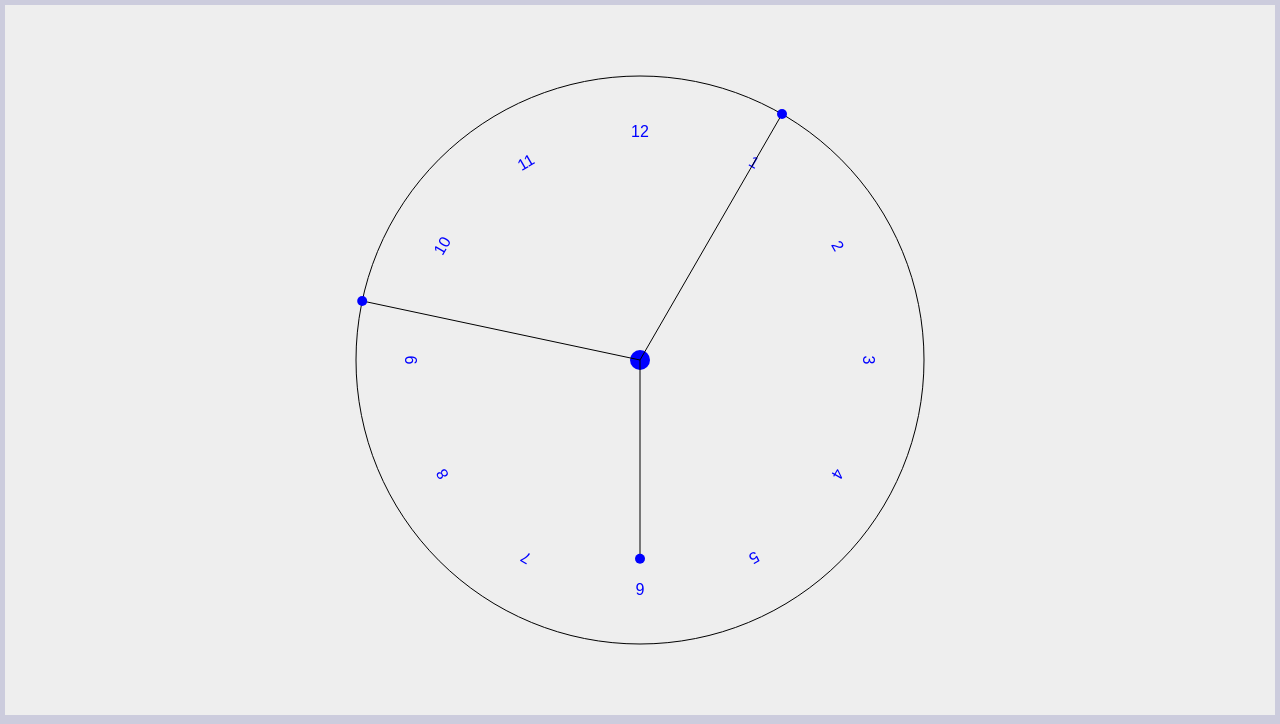
Repository: danielrcardenas/siggraph_examples
Page: workspace/GraphicsExample8/assets/www/index.html
These files come from the project's save history. The page is drawn as it stood at one moment and after the next save; the edit follows.
The browser window is 1280 px wide. The pictures show the whole page.

Above is the page before, as saved 2013-07-22 17:15:17.

After the next save:
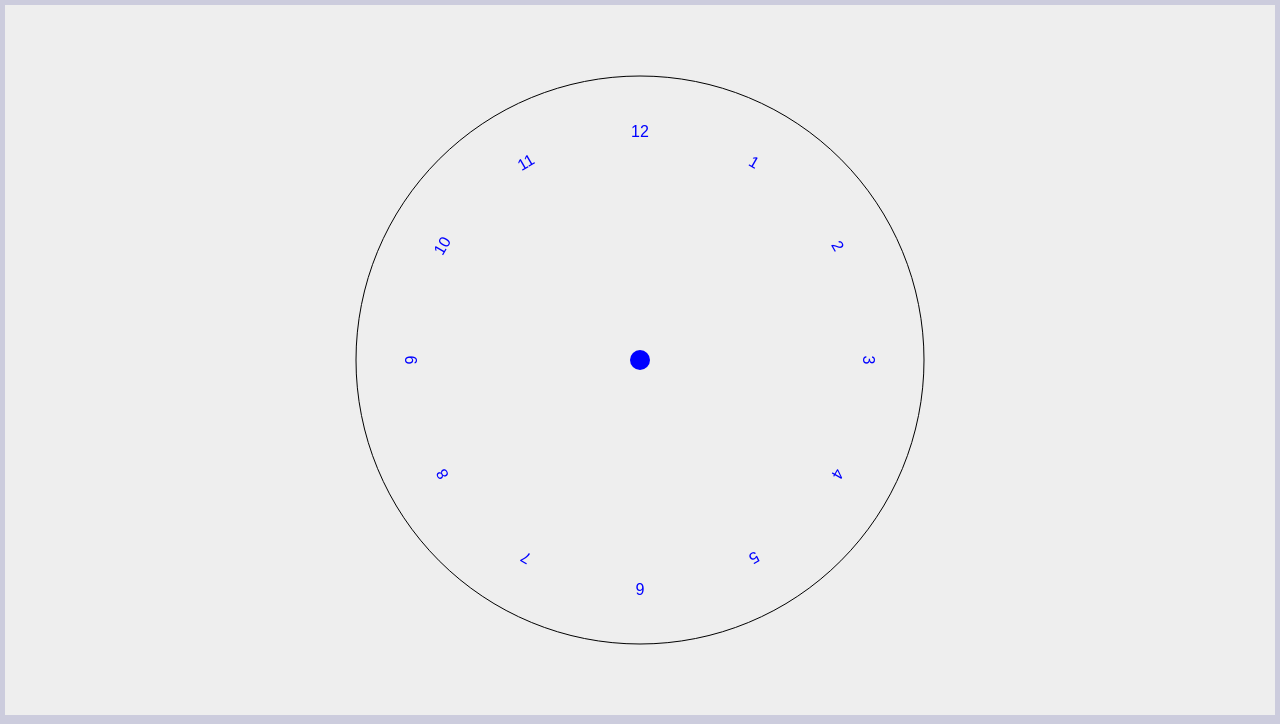
Console error: TypeError: Cannot read properties of undefined (reading 'getMinutes')
Saved 3 min 16 s later.
--- a/workspace/GraphicsExample8/assets/www/index.html
+++ b/workspace/GraphicsExample8/assets/www/index.html
@@ -41,7 +41,7 @@
 		}
 	}
 
-	function drawHourHand (hours, x, y, radius)
+	function drawHourHand (hours, min, x, y, radius)
 	{
 		if (hours > 12)
 			hours -= 12;
@@ -49,7 +49,7 @@
 		if (hours == 12)
 			hours = 0;
 
-		var angle = (hours / 12) * (2*Math.PI) - (Math.PI/2);
+		var angle = ((hours+(min/60)) / 12 ) * (2*Math.PI) - (Math.PI/2);
 		context.beginPath();
 		context.moveTo (x, y);
 		context.lineTo (x + radius * 0.7 * Math.cos (angle), y + radius * 0.7 * Math.sin (angle));
@@ -88,7 +88,7 @@
 
 		var date = new Date();
 		drawClockFace (centerX, centerY, circleRadius);
-		drawHourHand (date.getHours(), centerX, centerY, circleRadius);
+		drawHourHand (date.getHours(). date.getMinutes(), centerX, centerY, circleRadius);
 		drawMinuteSecondHand (date.getMinutes(), centerX, centerY, circleRadius);
 		drawMinuteSecondHand (date.getSeconds(), centerX, centerY, circleRadius);
 	}

After the save that followed:
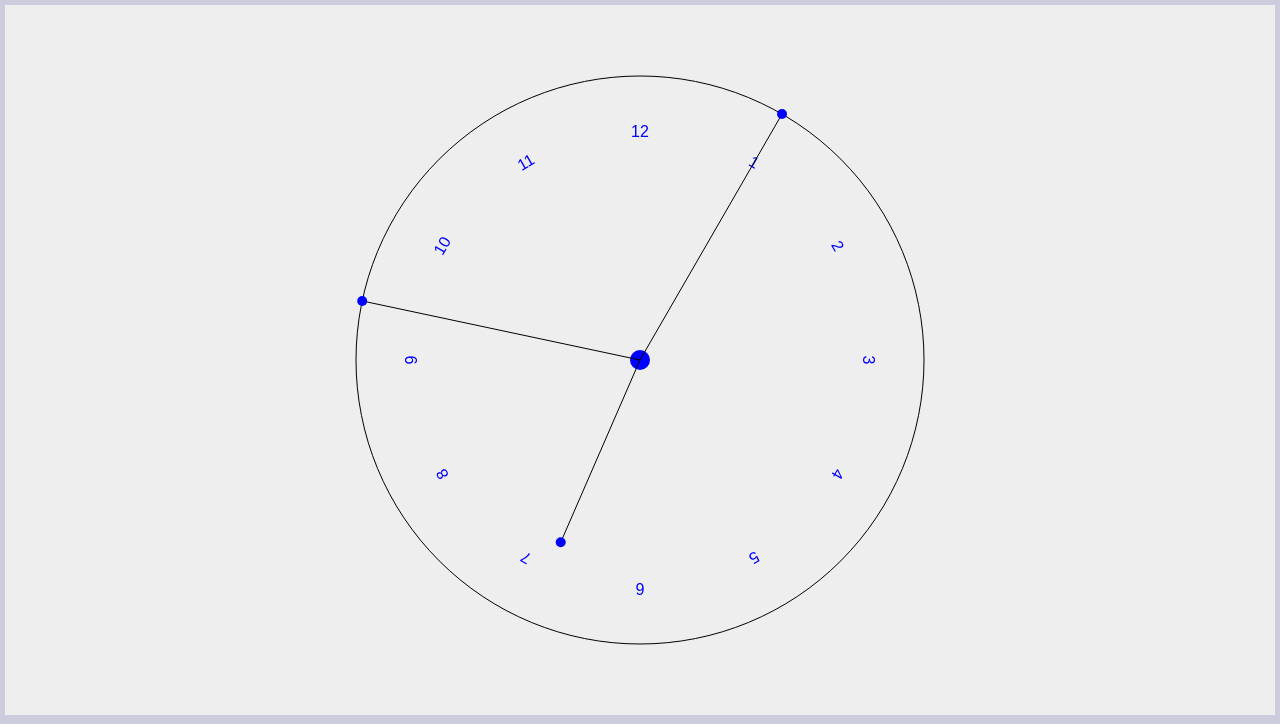
The error is gone.
Saved 34 s later.
--- a/workspace/GraphicsExample8/assets/www/index.html
+++ b/workspace/GraphicsExample8/assets/www/index.html
@@ -88,7 +88,7 @@
 
 		var date = new Date();
 		drawClockFace (centerX, centerY, circleRadius);
-		drawHourHand (date.getHours(). date.getMinutes(), centerX, centerY, circleRadius);
+		drawHourHand (date.getHours(), date.getMinutes(), centerX, centerY, circleRadius);
 		drawMinuteSecondHand (date.getMinutes(), centerX, centerY, circleRadius);
 		drawMinuteSecondHand (date.getSeconds(), centerX, centerY, circleRadius);
 	}
